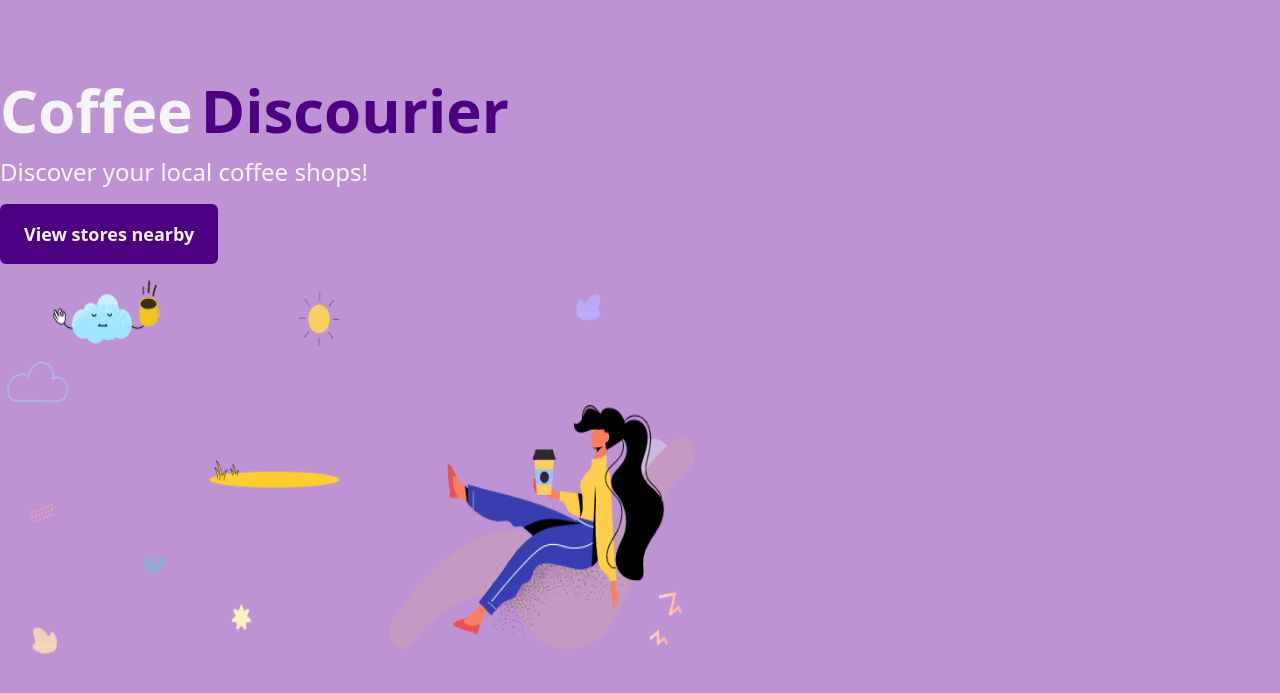
Repository: Tomiogunsan/Coffee-Discourier
Page: /
An editor plug-in stored every save of this project. The page is shown before and after the next save, followed by the edit.
The browser window is 1280 px wide. The pictures show the whole page.
The project was rebuilt for these pictures with package versions that can differ from the ones it lists, and the page was loaded fresh each time. The framework's server and built-in components were replaced by stand-ins that run in the browser. Also part of the build but not shown: next.config.js.

Above is the page before, as saved 2023-02-15 14:40:46.

### pages/index.js
import Head from 'next/head'
import Image from 'next/image'
import { Inter } from '@next/font/google'

import Banner from '../components/banner'

const inter = Inter({ subsets: ['latin'] })

export default function Home() {
  function handleOnBannerBtn() {
    console.log("hi");
  }
  return (
    <>
      <Head>
        <title>Coffee Discourier</title>
        <meta name="description" content="Generated by create next app" />
        <meta name="viewport" content="width=device-width, initial-scale=1" />
        <link rel="icon" href="/favicon.ico" />
      </Head>
      <main>

    <Banner  buttonText='View stores nearby'
    handleOnClick={handleOnBannerBtn}/>
    <Image
    src="/static/hero-image.png"
    width={700}
    height={400}
    className="absolute top-14 md:top-10 z-1 md:right-[20%]"
    />






      </main>
    </>
  )
}

### styles/globals.css

body {
  color: rgb(var(--foreground-rgb));
  background: #be93d4;

  background-position: 50%;
  background-repeat: no-repeat;
  background-size: cover;

  height: 100%;
}

*{
  box-sizing:border-box;
}
@tailwind base;
@tailwind components;
@tailwind utilities;

### components/banner.js
import React from 'react'

export default function banner(props) {
  return (
    <div className='max-w-7xl mx-auto pt-[80px] pl-'>
      <h1 >
        <span className='text-[#f5f5f5]  text-[45px] md:text-6xl capitalize font-extrabold'> Coffee</span>
        <span className='text-[#4B0082] block md:inline-block capitalize text-[45px] md:text-6xl font-bold md:ml-2 '>Discourier</span>
      </h1>
      <p className='text-[#f5f5f5] text-xl md:text-2xl py-2 md:py-4'>Discover your local coffee shops!</p>
      <button className='font-bold  bg-[#4B0082] text-[#f5f5f5] text-lg px-6 py-4 rounded-md' onClick={props.handleOnClick}>{props.buttonText}</button>
    </div>
  )
}

### tailwind.config.js
/** @type {import('tailwindcss').Config} */
module.exports = {
  content: [ "./app/**/*.{js,ts,jsx,tsx}",
  "./pages/**/*.{js,ts,jsx,tsx}",
  "./components/**/*.{js,ts,jsx,tsx}"],
  theme: {
    extend: {},
  },
  plugins: [],
}

Loaded but not shown: pages/_app.js (common file); pages/_document.js (common file)

After the next save:
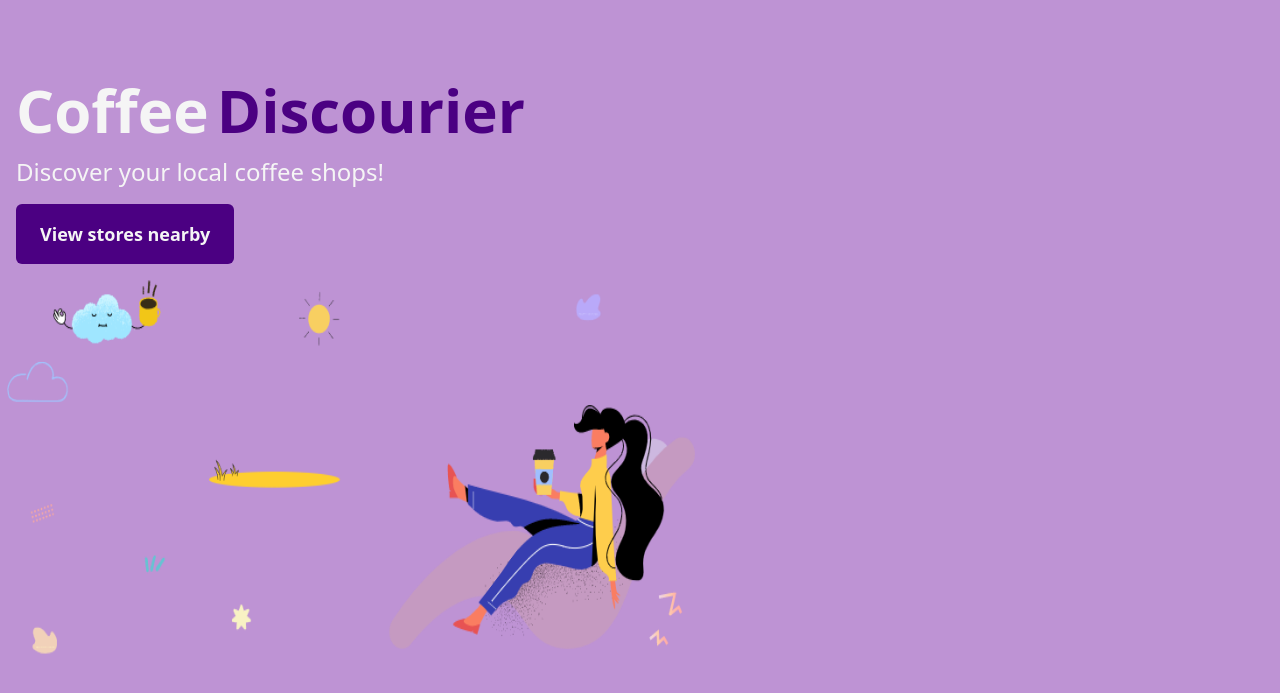
Saved 4 s later.
--- a/components/banner.js
+++ b/components/banner.js
@@ -2,7 +2,7 @@
 
 export default function banner(props) {
   return (
-    <div className='max-w-7xl mx-auto pt-[80px] pl-'>
+    <div className='max-w-7xl mx-auto pt-[80px] pl-4'>
       <h1 >
         <span className='text-[#f5f5f5]  text-[45px] md:text-6xl capitalize font-extrabold'> Coffee</span>
         <span className='text-[#4B0082] block md:inline-block capitalize text-[45px] md:text-6xl font-bold md:ml-2 '>Discourier</span>
